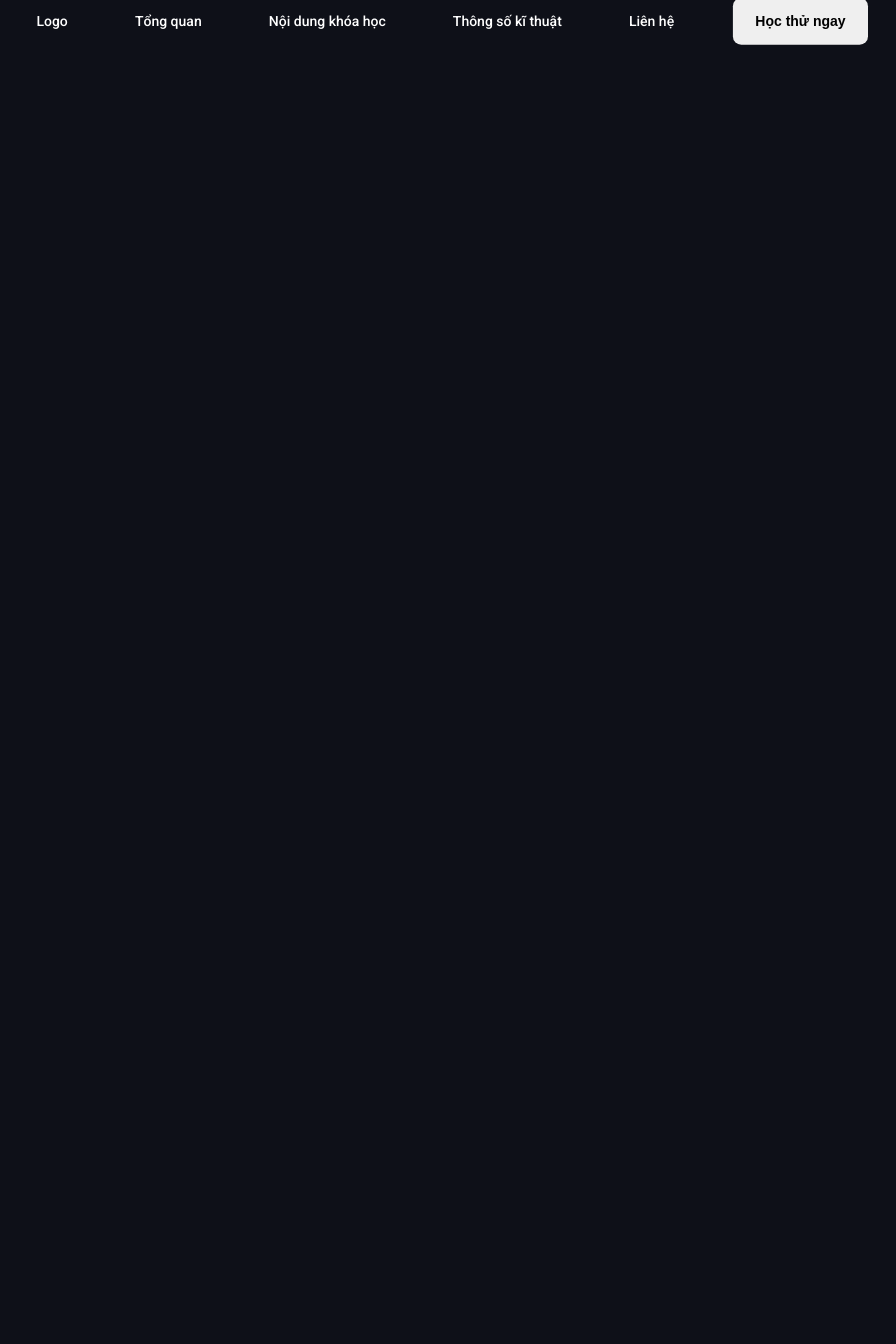
Repository: Dangtrinh28/landingpage
Page: index.html
These files come from the project's save history. The page is drawn as it stood at one moment and after the next save; the edit follows.
The browser window is 1280 px wide. The pictures show the part of the page from y = 0 to 1920 px (the page is 3660 px tall), at 70% of full size.

Above is the page before, as saved 2023-02-21 14:33:25.

After the next save:
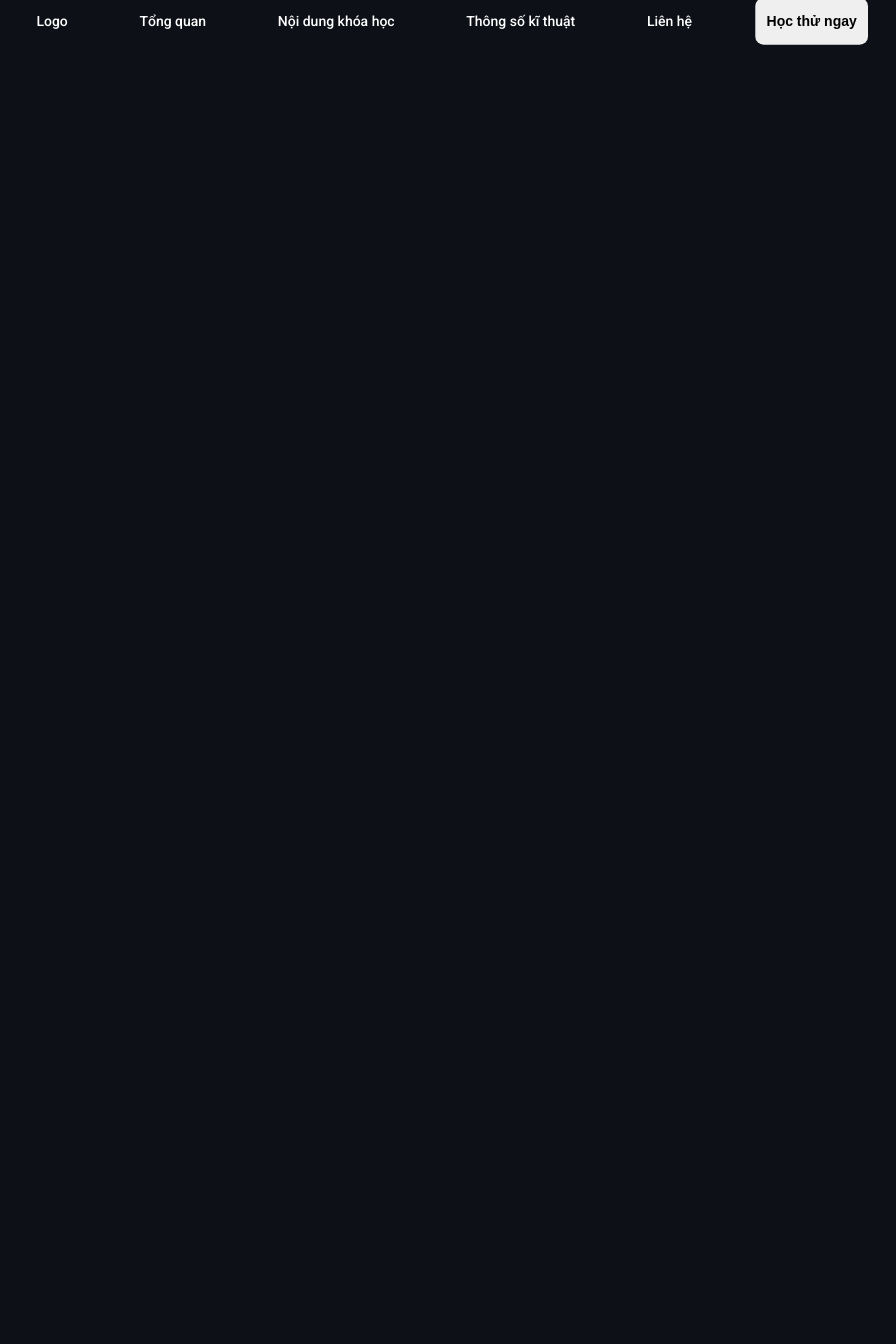
Saved 4 s later.
--- a/styles/main.css
+++ b/styles/main.css
@@ -46,7 +46,7 @@
     text-decoration: none;
     border: none;
     outline: none;
-    padding: 22px 32px;
+    padding: 22px 16px;
     border-radius: 12px;
     display: block;
     font-weight: 700;
